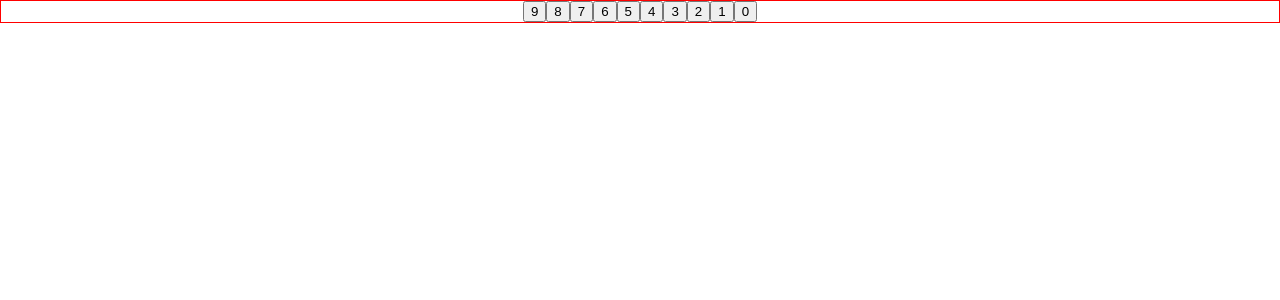
Repository: kocokoy/Calculator
Page: index.html
The author's editor kept a copy of each file at every save. The page is drawn from the files as they stood at one save, then again after the next save.
The browser window is 1280 px wide. The pictures show the whole page.

Above is the page before, as saved 2024-10-22 11:40:22.

### index.html
<!DOCTYPE html>
<html lang="en">
<head>
  <meta charset="UTF-8">
  <meta name="viewport" content="width=device-width, initial-scale=1.0">
  <link rel="stylesheet" href="/style.css">
  <title>Document</title>
</head>
<body>
  <div class="calculator-container">
    <div class="output-number"></div>
    <div class="number-container">
      <!-- <button class="number-button">1</button>
      <button class="number-button">2</button>
      <button class="number-button">3</button>
      <button class="number-button">4</button>
      <button class="number-button">5</button>
      <button class="number-button">6</button>
      <button class="number-button">7</button>
      <button class="number-button">8</button>
      <button class="number-button">9</button>
      <button class="number-button">0</button>
      <button class="operator-button">+</button>
      <button class="operator-button">*</button>
      <button class="operator-button">-</button>
      <button class="operator-button">/</button>
      <button class="operator-button">=</button>
      <button class="clear-button">clear</button> -->
    </div>
    <div class="operator-container"></div>
  </div>
  <script src="/script.js"></script>
</body>
</html>

### style.css
body{
  padding: 0;
  margin: 0;
  border: 1px solid red;
}
.calculator-container{
  display: flex;
  align-items: center;
  justify-content: center;
}
.number-container{
}

### script.js
const calculatorButton = [1,2,3,4,5,6,7,8,9,0];
// const operatorButton = ['+','-','*','/','='];
const container = document.querySelector('.number-container');
const operatorContainer = document.querySelector('.operator-container');
const numberButton = document.querySelectorAll('.number-button');
const operatorButton = document.querySelectorAll('.operator-button');
const outputElement = document.querySelector('.output-number');

let num1 = '';
let num2 = '';
let operator = '';
let result = 0;
let equals ='';
let html = '';

const descendedNumber = calculatorButton.sort((a,b) => b-a)
descendedNumber.forEach(num => {
  const button = document.createElement('button');
  button.classList.add('number-button');
  button.textContent = num;
  container.appendChild(button);
  console.log(button);
});


operatorButton.forEach((operButton,i) => {
  operButton.addEventListener('click', () => {
    if(operButton.textContent != '='){
      operator = operButton.textContent;
      outputElements(operator);
    }else{
      equals = operButton.textContent;
      if(equals === '='){
        console.log(`${num1}${operator}${num2}`)
        operate(num1,num2,operator);
      }
    }

  })
})

numberButton.forEach((numButton,i) => {
  numButton.addEventListener('click', () => {

    if (operator === '') {
      num1 += numButton.textContent;
      outputElements(numButton.textContent);
      console.log('Num1:', num1);
    } else {
      num2 += numButton.textContent;
      outputElements(numButton.textContent);
      console.log('Num2:', num2);
    }
  })
})


function outputElements(a){
  if(num1 && num2 && operator && equals){
    outputElement.textContent = '';
    outputElement.textContent = a;
  }else{
    html+=a;
    console.log(html);
    outputElement.textContent = html;
  }
}




function operate(num1,num2,operator){
  number1 = parseInt(num1,10);
  number2 = parseInt(num2,10);
  if(operator === '+'){
    addOperator(number1,number2);
  }else if(operator === '-'){
    minusOperator(number1,number2);
  }else if(operator === '*'){
    timesOperator(number1,number2);
  }else if(operator === '/'){
    divideOperator(number1,number2);
  }
}


const addOperator = (a,b) => {
  console.log(a,b);
  result = a + b;
  outputElements(result);
  return console.log(result);
}

const minusOperator = (a,b) => {
  result = a-b;
  outputElements(result);
  return console.log(result);
}

const timesOperator = (a,b) => {
  result = a*b;
  outputElements(result);
  return console.log(result);
}

const divideOperator = (a,b) => {
  sum = a/b;
  outputElements(result);
  return console.log(result);
}

After the next save:
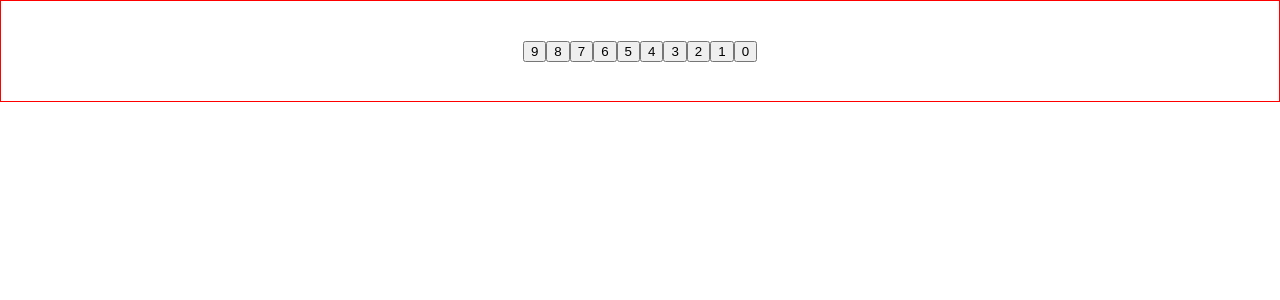
Saved 9 s later.
--- a/style.css
+++ b/style.css
@@ -7,6 +7,5 @@
   display: flex;
   align-items: center;
   justify-content: center;
+  height: 100px;
 }
-.number-container{
-}

After the save that followed:
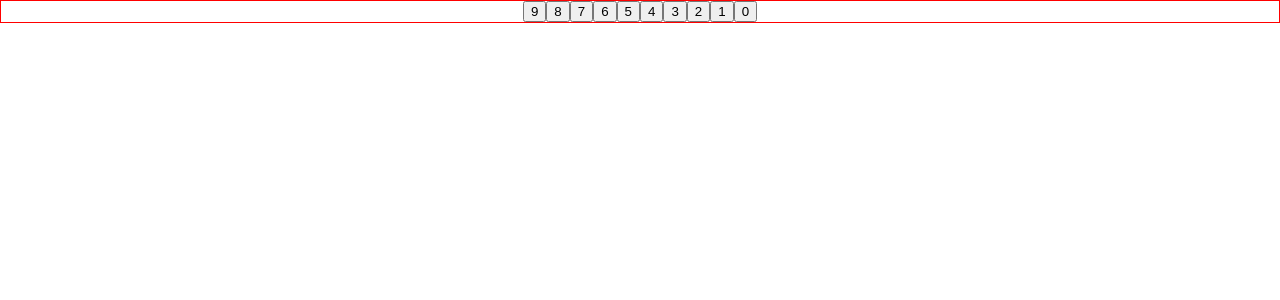
Saved 6 s later.
--- a/style.css
+++ b/style.css
@@ -7,5 +7,5 @@
   display: flex;
   align-items: center;
   justify-content: center;
-  height: 100px;
+  height: 100%;
 }
